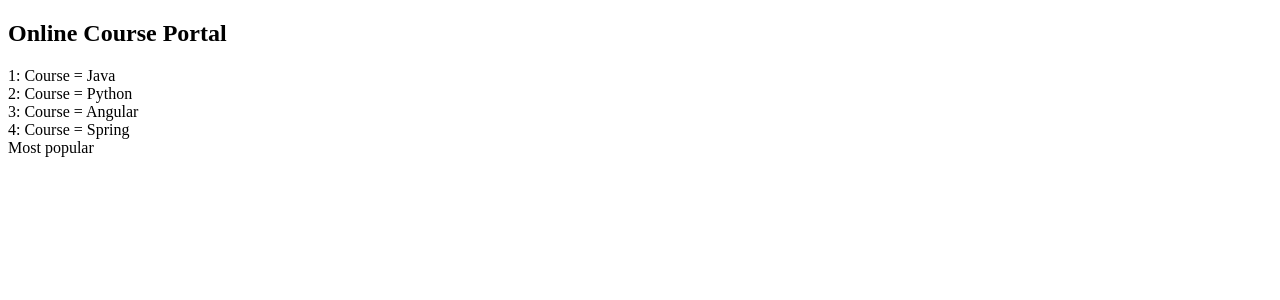
Repository: ashwinii19/Core-Java-Learning
Page: http://localhost/25-JSTL/Online course portal.jsp
The author's editor kept a copy of each file at every save. The page is drawn from the files as they stood at one save, then again after the next save.
The browser window is 1280 px wide. The pictures show the whole page.
The page is served by Tomcat 9.

Above is the page before, as saved 2025-08-22 03:13:11.

### 25-JSTL/src/main/webapp/Online course portal.jsp
<%@ page language="java" contentType="text/html; charset=ISO-8859-1"
    pageEncoding="ISO-8859-1"%>
    <%@ taglib uri="http://java.sun.com/jsp/jstl/core" prefix="c"%>
<!DOCTYPE html>
<html>
<head>
<meta charset="ISO-8859-1">
<title>Online Course Portal</title>
</head>
<body>

	<h2>Online Course Portal</h2>
	<c:set var="course" value="${['Java', 'Python', 'Angular', 'Spring'] }"></c:set>

	<c:forEach var="corse" items="${course }" varStatus="status">
		${status.count }: Course = ${corse }<br>
		<c:if test="${corse == 'Spring'}">Most popular</c:if>
	</c:forEach>
</body>
</html>

After the next save:
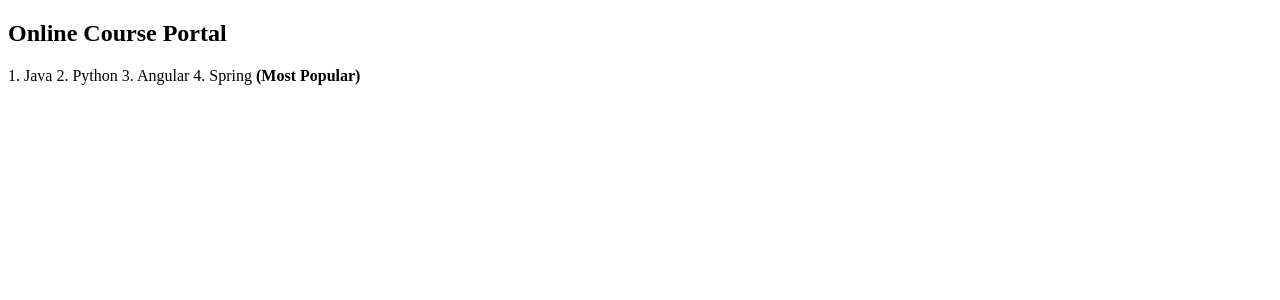
Saved 2 min 39 s later.
--- a/25-JSTL/src/main/webapp/Online course portal.jsp
+++ b/25-JSTL/src/main/webapp/Online course portal.jsp
@@ -13,8 +13,10 @@
 	<c:set var="course" value="${['Java', 'Python', 'Angular', 'Spring'] }"></c:set>
 
 	<c:forEach var="corse" items="${course }" varStatus="status">
-		${status.count }: Course = ${corse }<br>
-		<c:if test="${corse == 'Spring'}">Most popular</c:if>
+		  ${status.count}. ${corse}
+            <c:if test="${corse == 'Spring'}">
+                <strong>(Most Popular)</strong>
+            </c:if>
 	</c:forEach>
 </body>
 </html>
